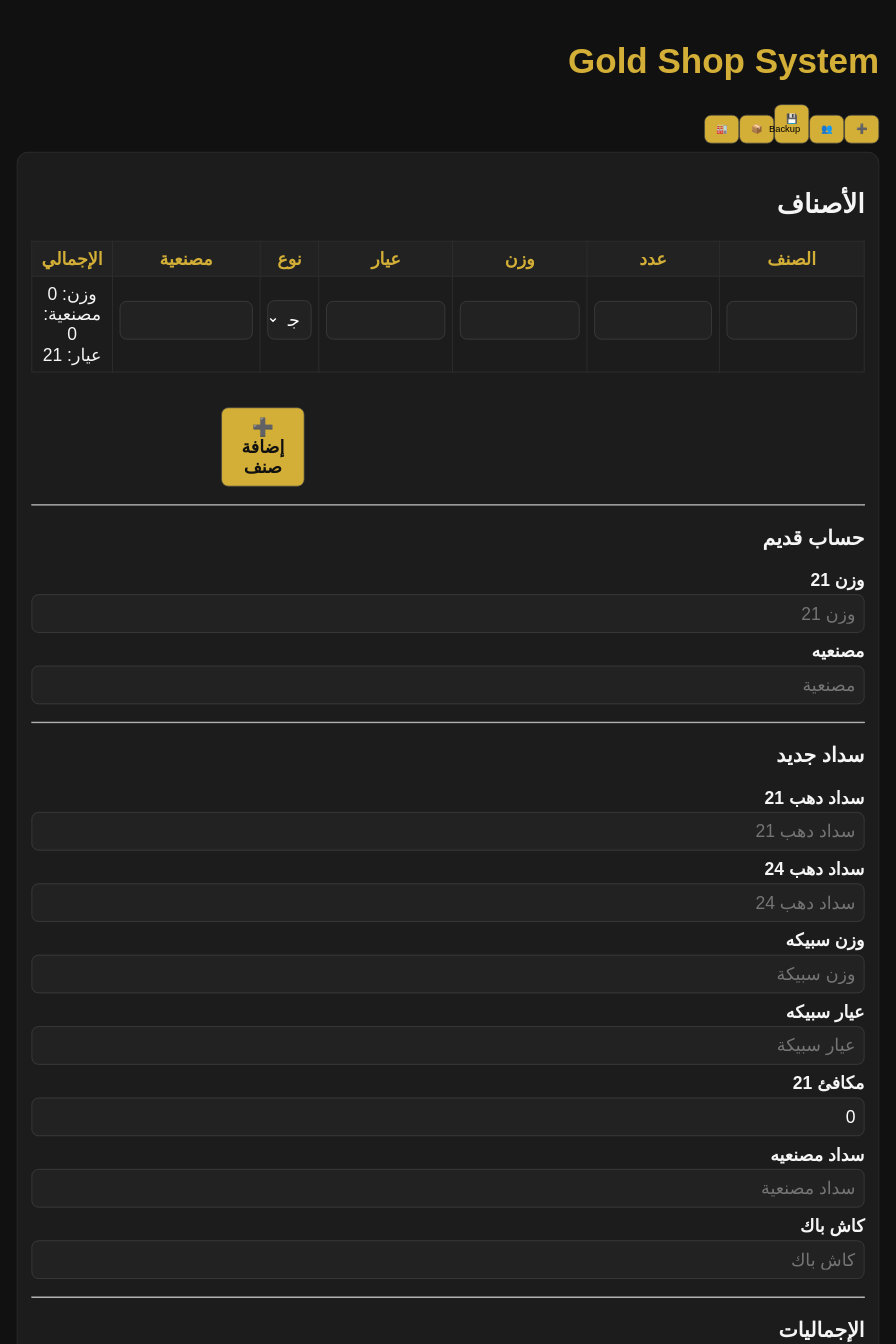
Repository: erineehab27/gold-shop
Page: /
The author's editor kept a copy of each file at every save. The page is drawn from the files as they stood at one save, then again after a run of saves.
The browser window is 1280 px wide. The pictures show the part of the page from y = 0 to 1920 px (the page is 2553 px tall before and 2697 px after), at 70% of full size.
The project was rebuilt for these pictures with package versions that can differ from the ones it lists, and the page was loaded fresh each time. Also part of the build but not shown: vite.config.js, src/printpage.jsx, src/StockPage.jsx, src/SuppliersPage.jsx.

Above is the page before, as saved 2026-05-12 18:20:23.

After the next 3 saves:
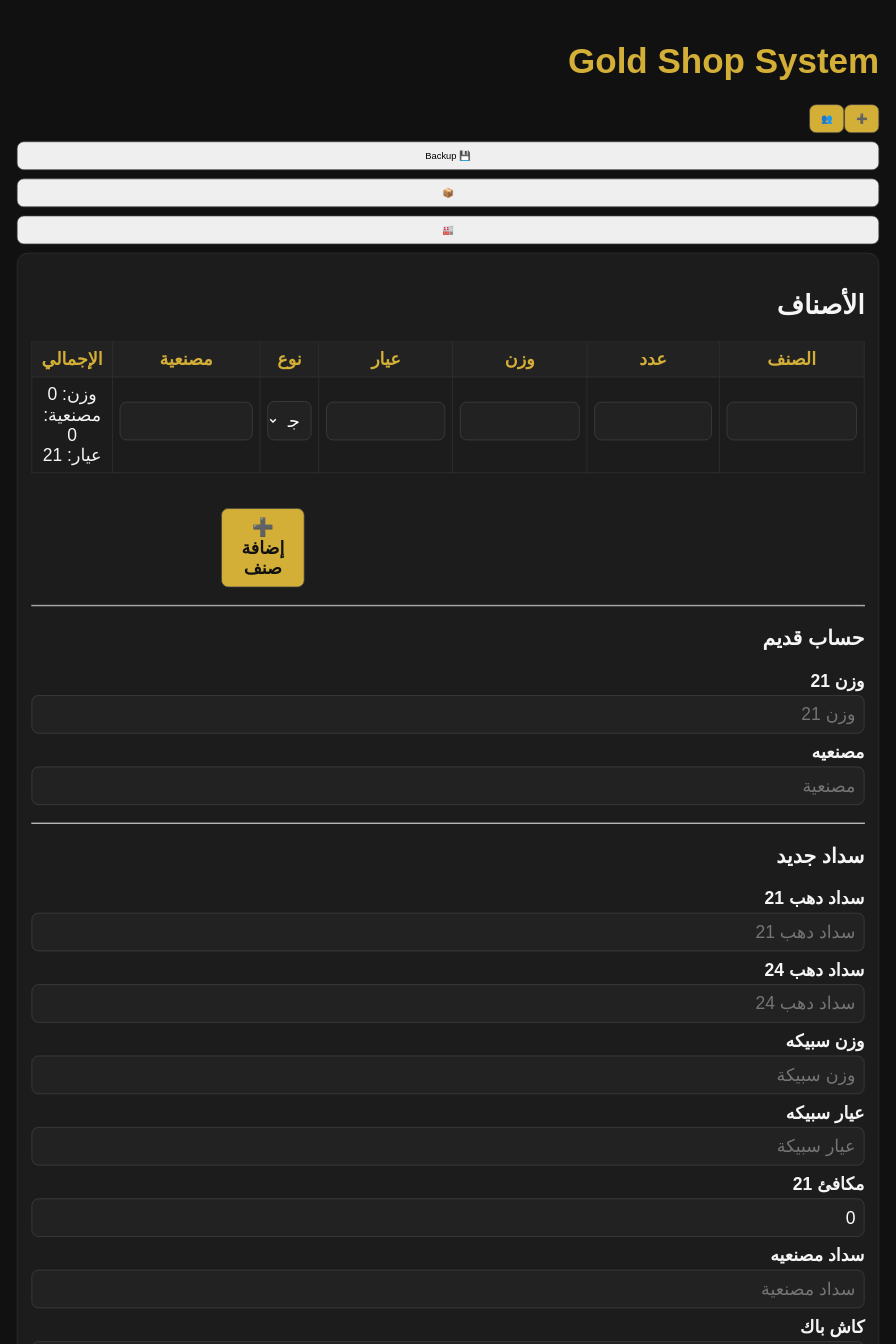
The 3 saves are shown as one change because they came seconds apart.
The last was saved 7 min 39 s later.
--- a/src/App.jsx
+++ b/src/App.jsx
@@ -632,9 +632,9 @@ export default function App() {
         ➕
       </button>
       <button className="plus" onClick={() => setShowCustomers(!showCustomers)}>👥</button>
-      <button className="plus" onClick={backupData}>💾 Backup</button>
-      <button className="plus" onClick={() => navigate("/stock")}>📦</button>
-      <button className="plus" onClick={() => navigate("/suppliers")}>🏭</button>
+      <button className="" onClick={backupData}>💾 Backup</button>
+      <button className="" onClick={() => navigate("/stock")}>📦</button>
+      <button className="" onClick={() => navigate("/suppliers")}>🏭</button>
 
       {showForm && (
         <div className="modal-overlay">
